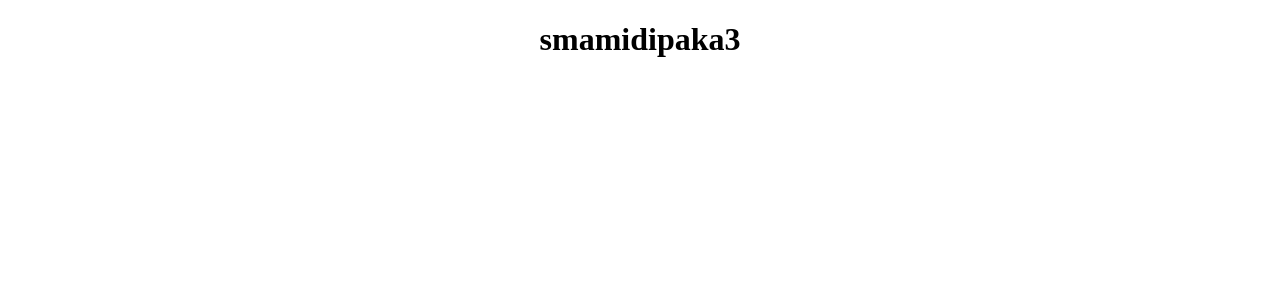
Repository: sanjayMamidipaka/cs1301
Page: lab01/index.html
An editor plug-in stored every save of this project. The page is shown before and after a run of saves, followed by the edit.
The browser window is 1280 px wide. The pictures show the whole page.

Above is the page before, as saved 2021-07-22 15:47:18.

After the next 2 saves:
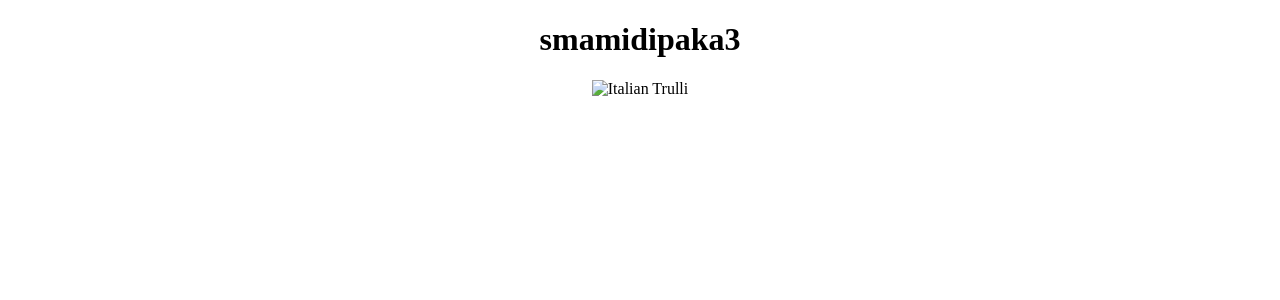
Not found: lab01/pic_trulli.jpg
The 2 saves are shown as one change because they came seconds apart.
The last was saved 57 s later.
--- a/lab01/index.html
+++ b/lab01/index.html
@@ -6,4 +6,6 @@
 
   <div class = "h1">
     <h1>smamidipaka3</h1>
+
+    <img src="pic_trulli.jpg" alt="Italian Trulli">
   </div>

After the save that followed:
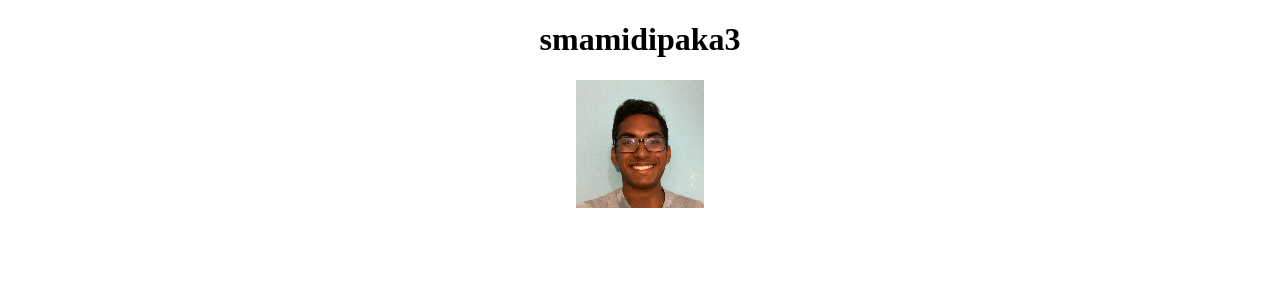
Saved 2 min 46 s later.
--- a/lab01/index.html
+++ b/lab01/index.html
@@ -7,5 +7,5 @@
   <div class = "h1">
     <h1>smamidipaka3</h1>
 
-    <img src="pic_trulli.jpg" alt="Italian Trulli">
+    <img src="image.png" alt="Italian Trulli">
   </div>
